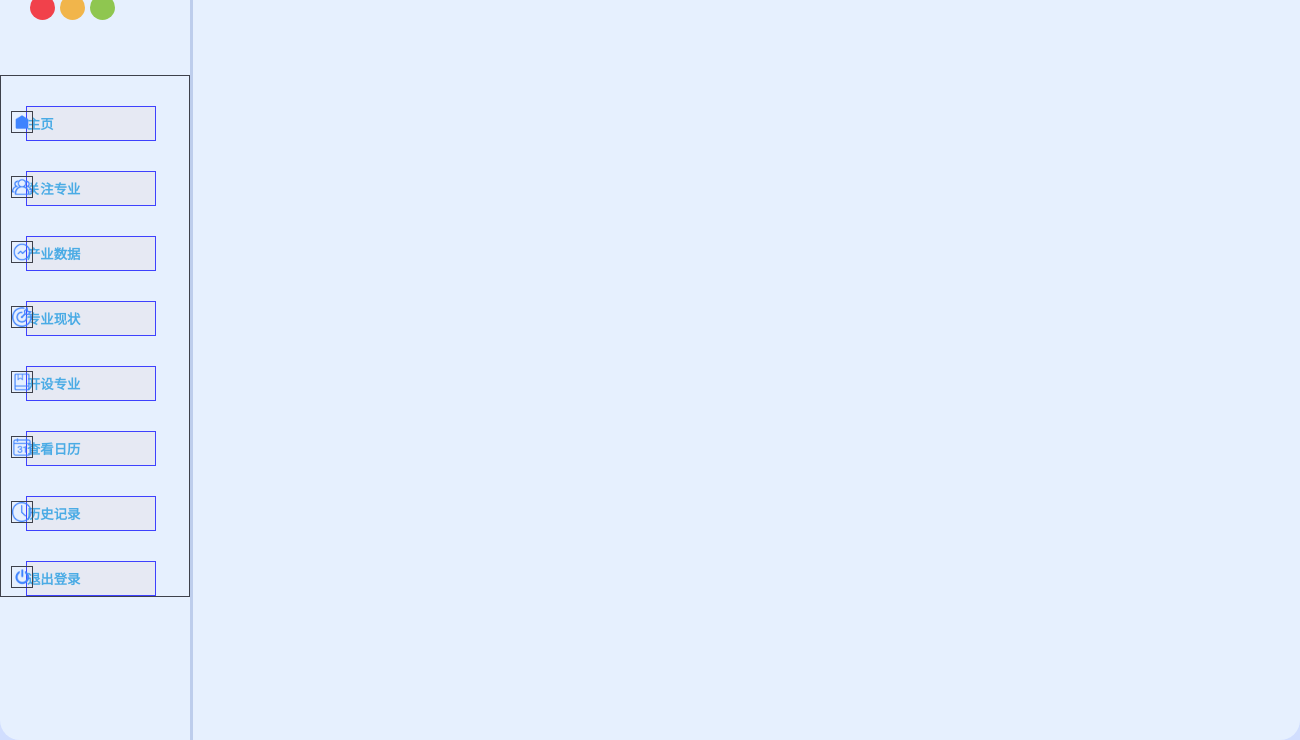
Repository: akaCSDN/test
Page: 2.1主页.html
These files come from the project's save history. The page is drawn as it stood at one moment and after a run of saves; the edit follows.
The browser window is 1280 px wide. The page is 1300 px wide, so the pictures cover 1300 px, including what lies to the right of the window. The pictures show the whole page.

Above is the page before, as saved 2022-12-02 15:09:19.

After the next 2 saves:
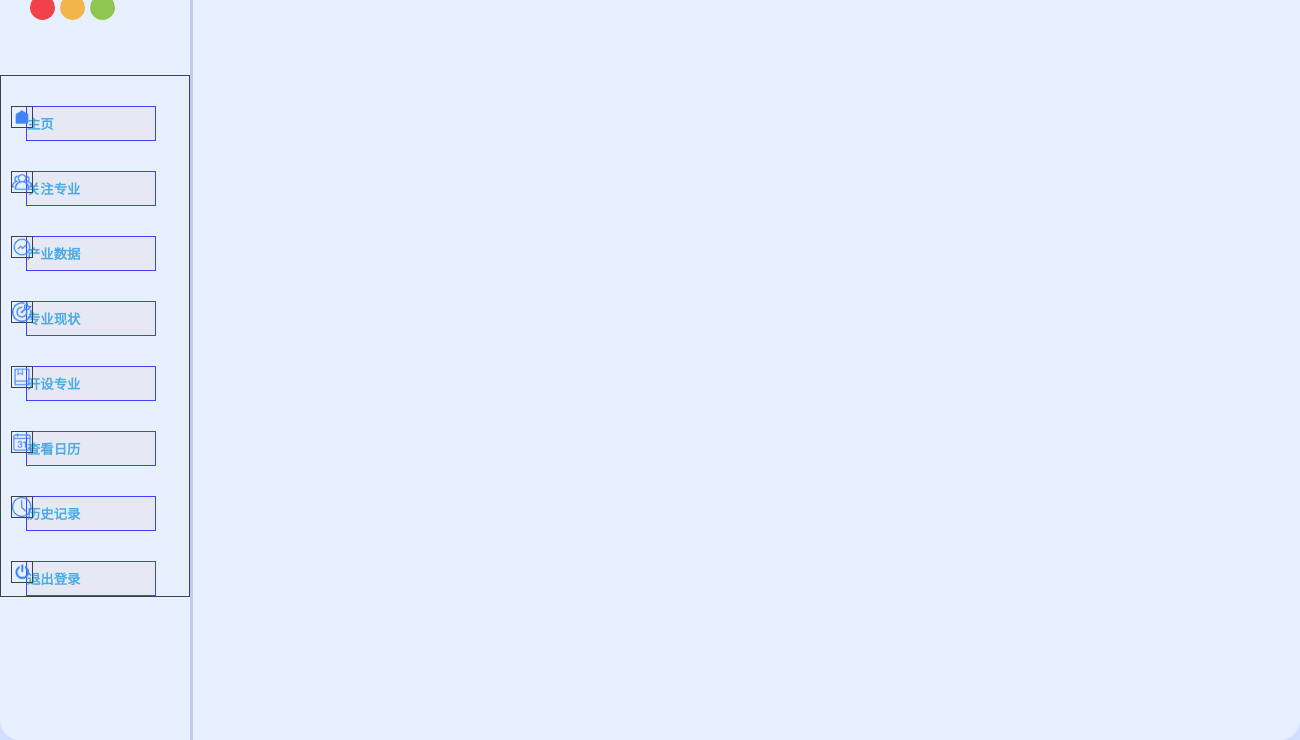
The 2 saves are shown as one change because they came seconds apart.
The last was saved 39 s later.
--- a/2.1主页.html
+++ b/2.1主页.html
@@ -77,7 +77,7 @@
             margin-left: 10px;
             border: 1px solid black;
             position: absolute;
-            margin-top: 35px;
+            margin-top: 30px;
         }
     </style>
 </head>
